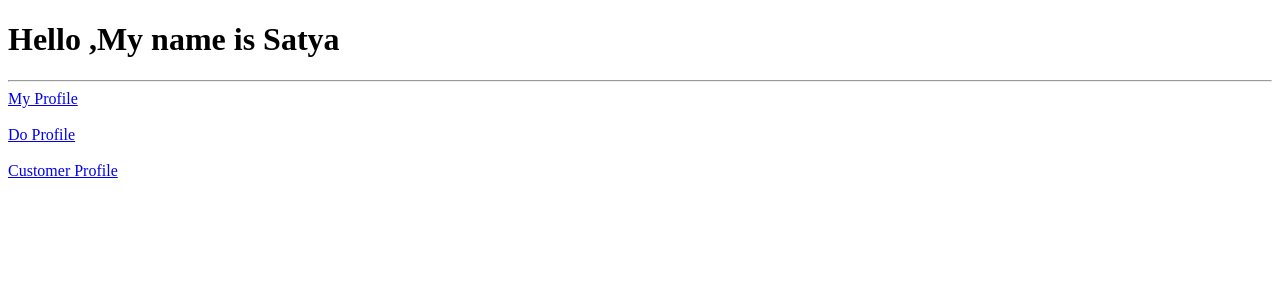
Repository: theplaygod97/Deloitte
Page: Day 16/SpringMVCDemo1/WebContent/index.html
An editor plug-in stored every save of this project. The page is shown before and after the next save, followed by the edit.
The browser window is 1280 px wide. The pictures show the whole page.

Above is the page before, as saved 2020-01-13 09:27:04.

### Day 16/SpringMVCDemo1/WebContent/index.html
<!DOCTYPE html>
<html>
<head>
<meta charset="ISO-8859-1">
<title>Insert title here</title>
</head>
<body>
<h1>Hello ,My name is Satya</h1>
<hr>
<a href="profile.html">My Profile</a>
<br/><br/>
<a href="doprofile.do">Do Profile</a>
<br/><br/>
<a href="customer.do">Customer Profile</a>
</body>
</html>

After the next save:
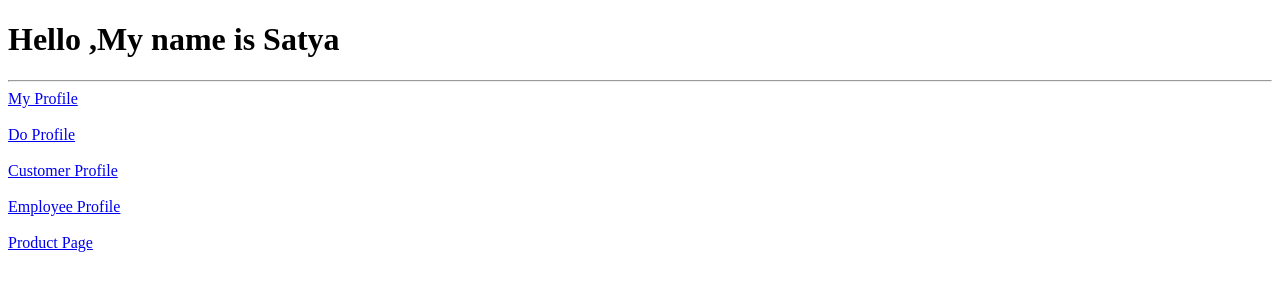
Saved 39 s later.
--- a/Day 16/SpringMVCDemo1/WebContent/index.html
+++ b/Day 16/SpringMVCDemo1/WebContent/index.html
@@ -12,5 +12,9 @@
 <a href="doprofile.do">Do Profile</a>
 <br/><br/>
 <a href="customer.do">Customer Profile</a>
+<br/><br/>
+<a href="employee.do">Employee Profile</a>
+<br/><br/>
+<a href="product.do">Product Page</a>
 </body>
 </html>
